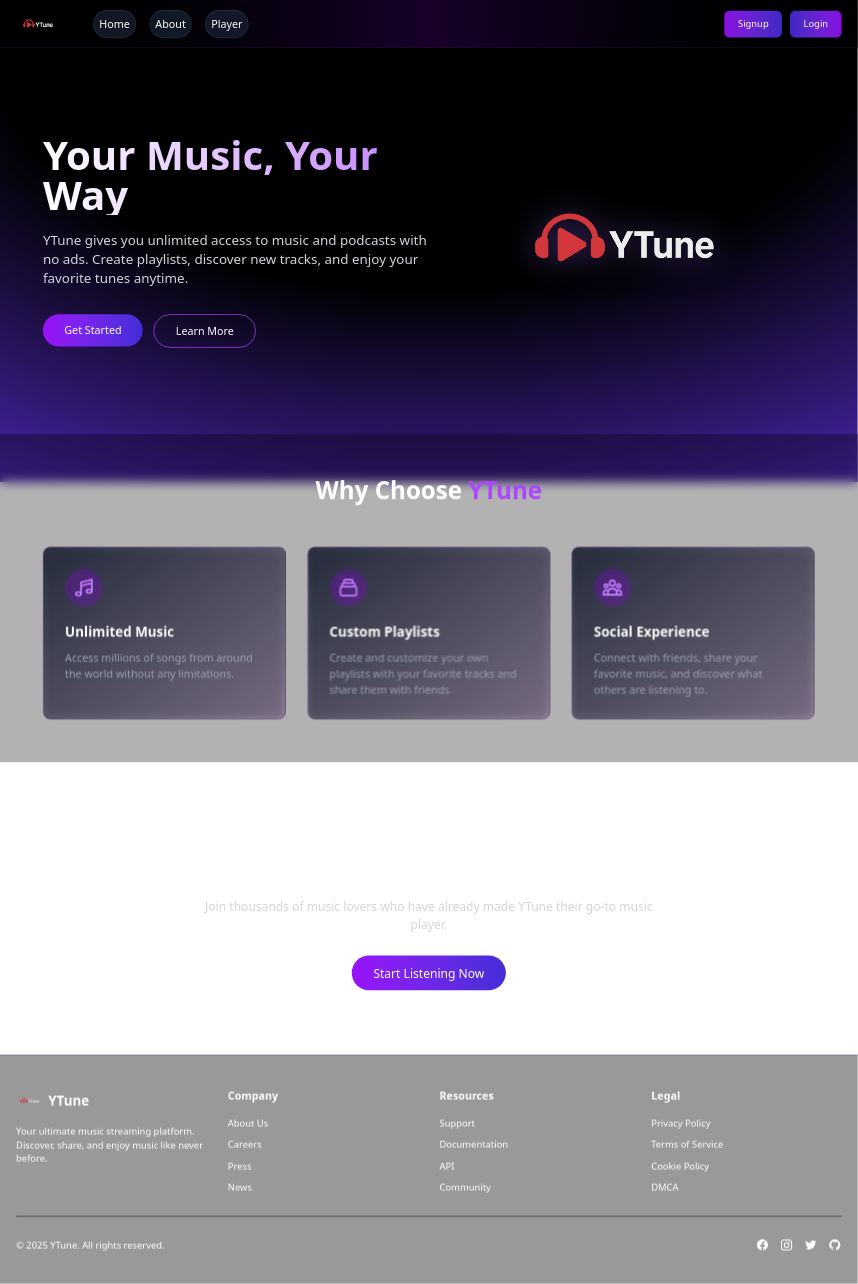
Repository: piyushsudame/y-tune-frontend
Page: /
These files come from the project's save history. The page is drawn as it stood at one moment and after the next save; the edit follows.
The browser window is 1280 px wide. The pictures show the whole page, at 67% of full size.
The page's requests for data from a server got no answer. The project was rebuilt for these pictures with package versions that can differ from the ones it lists, and the page was loaded fresh each time. The framework's server and built-in components were replaced by stand-ins that run in the browser. No one was signed in, and anything a server would have sent is missing. Also part of the build but not shown: next.config.mjs.

Above is the page before, as saved 2025-05-30 21:42:49.

### app/layout.js
import { Geist, Geist_Mono } from "next/font/google";
import "./globals.css";
import Navbar from "@/components/Navbar";
import SessionWrapper from "@/components/SessionWrapper";

const geistSans = Geist({
  variable: "--font-geist-sans",
  subsets: ["latin"],
});

const geistMono = Geist_Mono({
  variable: "--font-geist-mono",
  subsets: ["latin"],
});

export const metadata = {
  title: "YTune - Your own Music Player",
  description: "YTune is a website meant for streaming audio for free for anyone! It utilizes YT Data API and gives user features like searching songs, playing them in queue, creating playlists etc.",
};

export default function RootLayout({ children }) {
  return (
    <html lang="en">
      <body className={`${geistSans.variable} ${geistMono.variable} antialiased`}>
      <SessionWrapper>
        <div className="relative min-h-screen flex flex-col">
          <div className="fixed inset-0 -z-100 h-full w-full [background:radial-gradient(125%_125%_at_50%_10%,#000_40%,#63e_100%)]"></div>
          <div className="relative z-100">
            <Navbar />
            {children}
          </div>
        </div>
      </SessionWrapper>
      </body>
    </html>
  );
}

### app/page.js
"use client"
import Image from "next/image";
import Link from "next/link";
import Footer from "@/components/Footer";
import { useSession } from "next-auth/react"
import { useEffect, useState } from "react";
import { useRouter } from "next/navigation";

export default function Home() {
  const { data: session, status } = useSession()
  const router = useRouter();
  const [isFirstLoad, setIsFirstLoad] = useState(true);

  useEffect(() => {
    // Check if we should force stay on homepage (from navbar click)
    const urlParams = new URLSearchParams(window.location.search);
    const forceHomepage = urlParams.get('force') === 'true';

    // Only redirect if authenticated, not forcing homepage, and on first load
    if (status === "authenticated" && !forceHomepage && isFirstLoad) {
      const referrer = document.referrer;
      const currentHost = window.location.host;

      // Check if referrer is empty (direct access) or from external site
      if (!referrer || !referrer.includes(currentHost)) {
        router.push("/player");
      }

      // Mark as no longer first load
      setIsFirstLoad(false);
    }
  }, [status, router, isFirstLoad]);

  return (
      <>
            <main className="flex flex-col min-h-[calc(100vh-7rem)]">
        {/* Hero Section */}
        <section className="flex flex-col md:flex-row items-center justify-between px-6 md:px-16 py-16 md:py-24">
          <div className="md:w-1/2 space-y-6 text-center md:text-left">
            <h1 className="text-4xl md:text-6xl font-bold bg-clip-text text-transparent bg-gradient-to-r from-white to-purple-400">
              Your Music, Your Way
            </h1>
            <p className="text-lg md:text-xl text-gray-300 max-w-xl">
              YTune gives you unlimited access to music and podcasts with no ads.
              Create playlists, discover new tracks, and enjoy your favorite tunes anytime.
            </p>
            <div className="flex flex-col sm:flex-row gap-4 justify-center md:justify-start pt-4">
              <Link href={"/signup"} >
              <button className="px-8 py-3 bg-gradient-to-r from-purple-600 to-indigo-700 rounded-full font-medium text-white hover:opacity-90 transition-all">
                Get Started
              </button>
              </Link>
              <Link href={"/about"}>
              <button className="px-8 py-3 bg-transparent border border-purple-500 rounded-full font-medium text-white hover:bg-purple-900/20 transition-all">
                Learn More
              </button>
              </Link>
            </div>
          </div>
          <div className="md:w-1/2 mt-12 md:mt-0 flex justify-center">
            <div className="relative w-72 h-72 md:w-96 md:h-96 rounded-full">
              <Image
                src="/logo1.png"
                alt="YTune Music Player"
                fill
                className=" object-contain drop-shadow-[0_0_25px_rgba(139,92,246,0.5)]"
                priority
              />
            </div>
          </div>
        </section>

        {/* Features Section */}
        <section className="px-6 md:px-16 py-16 bg-black/30 backdrop-blur-sm">
          <h2 className="text-3xl md:text-4xl font-bold text-center mb-16">
            <span className="text-white">Why Choose</span> <span className="text-purple-500">YTune</span>
          </h2>
          <div className="grid grid-cols-1 md:grid-cols-3 gap-8">
            <div className="bg-gradient-to-br from-slate-900/80 to-purple-900/20 p-8 rounded-xl border border-purple-900/30 backdrop-blur-sm">
              <div className="w-14 h-14 bg-purple-700/30 rounded-full flex items-center justify-center mb-6">
                <svg xmlns="http://www.w3.org/2000/svg" className="h-8 w-8 text-purple-400" fill="none" viewBox="0 0 24 24" stroke="currentColor">
                  <path strokeLinecap="round" strokeLinejoin="round" strokeWidth={2} d="M9 19V6l12-3v13M9 19c0 1.105-1.343 2-3 2s-3-.895-3-2 1.343-2 3-2 3 .895 3 2zm12-3c0 1.105-1.343 2-3 2s-3-.895-3-2 1.343-2 3-2 3 .895 3 2zM9 10l12-3" />
                </svg>
              </div>
              <h3 className="text-xl font-semibold mb-3 text-white">Unlimited Music</h3>
              <p className="text-gray-400">Access millions of songs from around the world without any limitations.</p>
            </div>

            <div className="bg-gradient-to-br from-slate-900/80 to-purple-900/20 p-8 rounded-xl border border-purple-900/30 backdrop-blur-sm">
              <div className="w-14 h-14 bg-purple-700/30 rounded-full flex items-center justify-center mb-6">
                <svg xmlns="http://www.w3.org/2000/svg" className="h-8 w-8 text-purple-400" fill="none" viewBox="0 0 24 24" stroke="currentColor">
                  <path strokeLinecap="round" strokeLinejoin="round" strokeWidth={2} d="M19 11H5m14 0a2 2 0 012 2v6a2 2 0 01-2 2H5a2 2 0 01-2-2v-6a2 2 0 012-2m14 0V9a2 2 0 00-2-2M5 11V9a2 2 0 012-2m0 0V5a2 2 0 012-2h6a2 2 0 012 2v2M7 7h10" />
                </svg>
              </div>
              <h3 className="text-xl font-semibold mb-3 text-white">Custom Playlists</h3>
              <p className="text-gray-400">Create and customize your own playlists with your favorite tracks and share them with friends.</p>
            </div>

            <div className="bg-gradient-to-br from-slate-900/80 to-purple-900/20 p-8 rounded-xl border border-purple-900/30 backdrop-blur-sm">
              <div className="w-14 h-14 bg-purple-700/30 rounded-full flex items-center justify-center mb-6">
                <svg xmlns="http://www.w3.org/2000/svg" className="h-8 w-8 text-purple-400" fill="none" viewBox="0 0 24 24" stroke="currentColor">
                  <path strokeLinecap="round" strokeLinejoin="round" strokeWidth={2} d="M17 20h5v-2a3 3 0 00-5.356-1.857M17 20H7m10 0v-2c0-.656-.126-1.283-.356-1.857M7 20H2v-2a3 3 0 015.356-1.857M7 20v-2c0-.656.126-1.283.356-1.857m0 0a5.002 5.002 0 019.288 0M15 7a3 3 0 11-6 0 3 3 0 016 0zm6 3a2 2 0 11-4 0 2 2 0 014 0zM7 10a2 2 0 11-4 0 2 2 0 014 0z" />
                </svg>
              </div>
              <h3 className="text-xl font-semibold mb-3 text-white">Social Experience</h3>
              <p className="text-gray-400">Connect with friends, share your favorite music, and discover what others are listening to.</p>
            </div>
          </div>
        </section>

        {/* Call to Action */}
        <section className="px-6 md:px-16 py-16 md:py-24 flex flex-col items-center justify-center text-center flex-grow">
          <h2 className="text-3xl md:text-4xl font-bold mb-6 max-w-2xl text-white">
            Ready to experience the best music streaming platform?
          </h2>
          <p className="text-lg text-gray-300 mb-8 max-w-2xl">
            Join thousands of music lovers who have already made YTune their go-to music player.
          </p>
          <button className="px-8 py-3 bg-gradient-to-r from-purple-600 to-indigo-700 rounded-full font-medium text-white hover:opacity-90 transition-all text-lg">
            Start Listening Now
          </button>
        </section>
      </main>
      <Footer />
    </>
  );
}

### app/globals.css
@import "tailwindcss";

/* Custom Scrollbar Styles */
.custom-scrollbar::-webkit-scrollbar {
    width: 8px;
}

.custom-scrollbar::-webkit-scrollbar-track {
    background: rgba(0, 0, 0, 0.1);
    border-radius: 4px;
}

.custom-scrollbar::-webkit-scrollbar-thumb {
    background: rgba(255, 255, 255, 0.2);
    border-radius: 4px;
}

.custom-scrollbar::-webkit-scrollbar-thumb:hover {
    background: rgba(255, 255, 255, 0.3);
}

/* Hide scrollbar for Firefox */
.custom-scrollbar {
    scrollbar-width: thin;
    scrollbar-color: rgba(255, 255, 255, 0.2) rgba(0, 0, 0, 0.1);
}

### components/SessionWrapper.js
"use client"
import React from 'react'
import { SessionProvider } from "next-auth/react"

const SessionWrapper = ({children}) => {
  return (
    <SessionProvider
      // Adding session configuration options
      options={{
        staleTime: 0, // Time in seconds after which the session is considered stale
        refetchInterval: 5 * 60, // Refetch session every 5 minutes
        refetchOnWindowFocus: true, // Refetch when window gets focus
        clientMaxAge: 0 // Force a session refresh on client side
      }}
    >
      {children}
    </SessionProvider>
  )
}

export default SessionWrapper

### components/Sidebar.js
import React from 'react';
import Link from 'next/link';

const Sidebar = ({ isOpen, onClose }) => {
  return (
    <>
      {/* Overlay */}
      {isOpen && (
        <div
          className="fixed inset-0 bg-black/50 z-40 md:hidden"
          onClick={onClose}
        />
      )}

      {/* Sidebar */}
      <div className={`fixed top-0 left-0 h-full w-64 bg-slate-900/95 backdrop-blur-sm transform transition-transform duration-300 ease-in-out z-50 md:hidden ${
        isOpen ? 'translate-x-0' : '-translate-x-full'
      }`}>
        <div className="p-4">
          <div className="flex justify-between items-center mb-6">
            <h2 className="text-white text-xl font-bold">Menu</h2>
            <button onClick={onClose} className="text-white">
              <svg className="w-6 h-6" fill="none" stroke="currentColor" viewBox="0 0 24 24">
                <path strokeLinecap="round" strokeLinejoin="round" strokeWidth={2} d="M6 18L18 6M6 6l12 12" />
              </svg>
            </button>
          </div>

          <nav className="space-y-4">
            <Link href="/podcasts" className="block text-white hover:text-purple-400">
              <div className="flex items-center gap-3">
                <svg className="w-6 h-6" fill="none" stroke="currentColor" viewBox="0 0 24 24">
                  <path strokeLinecap="round" strokeLinejoin="round" strokeWidth={2} d="M19 11a7 7 0 01-7 7m0 0a7 7 0 01-7-7m7 7v4m0 0H8m4 0h4m-4-8a3 3 0 01-3-3V5a3 3 0 116 0v6a3 3 0 01-3 3z" />
                </svg>
                <span>Podcasts</span>
              </div>
            </Link>

            <Link href="/chat" className="block text-white hover:text-purple-400">
              <div className="flex items-center gap-3">
                <svg className="w-6 h-6" fill="none" stroke="currentColor" viewBox="0 0 24 24">
                  <path strokeLinecap="round" strokeLinejoin="round" strokeWidth={2} d="M8 12h.01M12 12h.01M16 12h.01M21 12c0 4.418-4.03 8-9 8a9.863 9.863 0 01-4.255-.949L3 20l1.395-3.72C3.512 15.042 3 13.574 3 12c0-4.418 4.03-8 9-8s9 3.582 9 8z" />
                </svg>
                <span>Chat</span>
              </div>
            </Link>

            <Link href="/social" className="block text-white hover:text-purple-400">
              <div className="flex items-center gap-3">
                <svg className="w-6 h-6" fill="none" stroke="currentColor" viewBox="0 0 24 24">
                  <path strokeLinecap="round" strokeLinejoin="round" strokeWidth={2} d="M17 20h5v-2a3 3 0 00-5.356-1.857M17 20H7m10 0v-2c0-.656-.126-1.283-.356-1.857M7 20H2v-2a3 3 0 015.356-1.857M7 20v-2c0-.656.126-1.283.356-1.857m0 0a5.002 5.002 0 019.288 0M15 7a3 3 0 11-6 0 3 3 0 016 0zm6 3a2 2 0 11-4 0 2 2 0 014 0zM7 10a2 2 0 11-4 0 2 2 0 014 0z" />
                </svg>
                <span>Social Activity</span>
              </div>
            </Link>
          </nav>
        </div>
      </div>
    </>
  );
};

export default Sidebar;

### components/MobilePlayer.js
import React from 'react';
import Image from 'next/image';

const MobilePlayer = () => {
  return (
    <div className="fixed bottom-16 left-0 right-0 bg-slate-900/95 backdrop-blur-sm border-t border-purple-900/30 p-4 md:hidden">
      <div className="flex items-center justify-between">
        <div className="flex items-center gap-3">
          <div className="relative h-12 w-12">
            <Image src="/default-album.png" alt="Album cover" fill className="object-cover rounded-md"/>
          </div>
          <div className="text-white">
            <h3 className="text-sm font-medium">Song Title</h3>
            <p className="text-xs text-gray-400">Artist Name</p>
          </div>
        </div>
        <div className="flex items-center gap-4">
          <button className="text-white">
            <svg className="w-6 h-6" fill="none" stroke="currentColor" viewBox="0 0 24 24">
              <path strokeLinecap="round" strokeLinejoin="round" strokeWidth={2} d="M15.536 8.464a5 5 0 010 7.072m2.828-9.9a9 9 0 010 12.728M5.586 15.536a5 5 0 001.414 1.414m2.828-9.9a9 9 0 012.728-2.728" />
            </svg>
          </button>
          <button className="text-white">
            <svg className="w-8 h-8" fill="currentColor" viewBox="0 0 24 24">
              <path d="M8 5v14l11-7z" />
            </svg>
          </button>
          <button className="text-white">
            <svg className="w-6 h-6" fill="none" stroke="currentColor" viewBox="0 0 24 24">
              <path strokeLinecap="round" strokeLinejoin="round" strokeWidth={2} d="M4 6h16M4 12h16M4 18h16" />
            </svg>
          </button>
        </div>
      </div>
    </div>
  );
};

export default MobilePlayer;

### components/BottomNav.js
import React from 'react';
import Link from 'next/link';

const BottomNav = () => {
  return (
    <div className="fixed bottom-0 left-0 right-0 bg-slate-900/95 backdrop-blur-sm border-t border-purple-900/30 md:hidden">
      <div className="flex justify-around items-center h-16">
        <Link href="/" className="flex flex-col items-center text-white">
          <svg className="w-6 h-6" fill="none" stroke="currentColor" viewBox="0 0 24 24">
            <path strokeLinecap="round" strokeLinejoin="round" strokeWidth={2} d="M3 12l2-2m0 0l7-7 7 7M5 10v10a1 1 0 001 1h3m10-11l2 2m-2-2v10a1 1 0 01-1 1h-3m-6 0a1 1 0 001-1v-4a1 1 0 011-1h2a1 1 0 011 1v4a1 1 0 001 1m-6 0h6" />
          </svg>
          <span className="text-xs mt-1">Home</span>
        </Link>
        <Link href="/explore" className="flex flex-col items-center text-white">
          <svg className="w-6 h-6" fill="none" stroke="currentColor" viewBox="0 0 24 24">
            <path strokeLinecap="round" strokeLinejoin="round" strokeWidth={2} d="M21 21l-6-6m2-5a7 7 0 11-14 0 7 7 0 0114 0z" />
          </svg>
          <span className="text-xs mt-1">Explore</span>
        </Link>
        <Link href="/library" className="flex flex-col items-center text-white">
          <svg className="w-6 h-6" fill="none" stroke="currentColor" viewBox="0 0 24 24">
            <path strokeLinecap="round" strokeLinejoin="round" strokeWidth={2} d="M19 11H5m14 0a2 2 0 012 2v6a2 2 0 01-2 2H5a2 2 0 01-2-2v-6a2 2 0 012-2m14 0V9a2 2 0 00-2-2M5 11V9a2 2 0 012-2m0 0V5a2 2 0 012-2h6a2 2 0 012 2v2M7 7h10" />
          </svg>
          <span className="text-xs mt-1">Library</span>
        </Link>
        <Link href="/account" className="flex flex-col items-center text-white">
          <svg className="w-6 h-6" fill="none" stroke="currentColor" viewBox="0 0 24 24">
            <path strokeLinecap="round" strokeLinejoin="round" strokeWidth={2} d="M16 7a4 4 0 11-8 0 4 4 0 018 0zM12 14a7 7 0 00-7 7h14a7 7 0 00-7-7z" />
          </svg>
          <span className="text-xs mt-1">Account</span>
        </Link>
      </div>
    </div>
  );
};

export default BottomNav;

Loaded but not shown: components/Navbar.js (163 lines, source omitted); components/Footer.js (84 lines, source omitted)

After the next save:
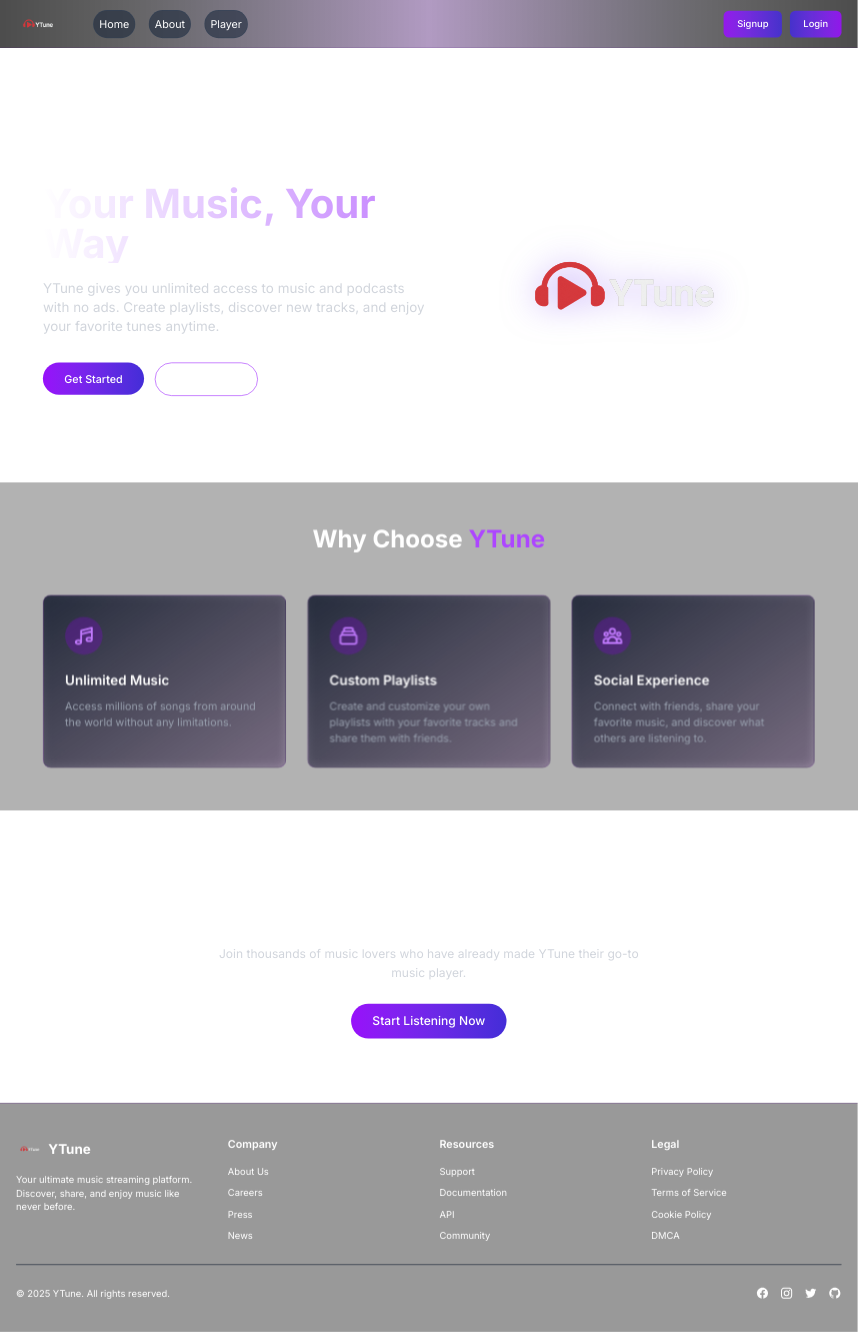
Saved 6 s later.
--- a/app/layout.js
+++ b/app/layout.js
@@ -1,37 +1,27 @@
-import { Geist, Geist_Mono } from "next/font/google";
-import "./globals.css";
-import Navbar from "@/components/Navbar";
-import SessionWrapper from "@/components/SessionWrapper";
+import './globals.css'
+import { Inter } from 'next/font/google'
+import Navbar from '@/components/Navbar'
+import MobilePlayer from '@/components/MobilePlayer'
+import BottomNav from '@/components/BottomNav'
 
-const geistSans = Geist({
-  variable: "--font-geist-sans",
-  subsets: ["latin"],
-});
-
-const geistMono = Geist_Mono({
-  variable: "--font-geist-mono",
-  subsets: ["latin"],
-});
+const inter = Inter({ subsets: ['latin'] })
 
 export const metadata = {
-  title: "YTune - Your own Music Player",
-  description: "YTune is a website meant for streaming audio for free for anyone! It utilizes YT Data API and gives user features like searching songs, playing them in queue, creating playlists etc.",
-};
+  title: 'YTune - Your Music Companion',
+  description: 'A modern music streaming platform',
+}
 
 export default function RootLayout({ children }) {
   return (
     <html lang="en">
-      <body className={`${geistSans.variable} ${geistMono.variable} antialiased`}>
-      <SessionWrapper>
-        <div className="relative min-h-screen flex flex-col">
-          <div className="fixed inset-0 -z-100 h-full w-full [background:radial-gradient(125%_125%_at_50%_10%,#000_40%,#63e_100%)]"></div>
-          <div className="relative z-100">
-            <Navbar />
-            {children}
-          </div>
-        </div>
-      </SessionWrapper>
+      <body className={inter.className}>
+        <Navbar />
+        <main className="min-h-screen pt-[10vh] pb-32 md:pb-0">
+          {children}
+        </main>
+        <MobilePlayer />
+        <BottomNav />
       </body>
     </html>
-  );
+  )
 }

After the save that followed:
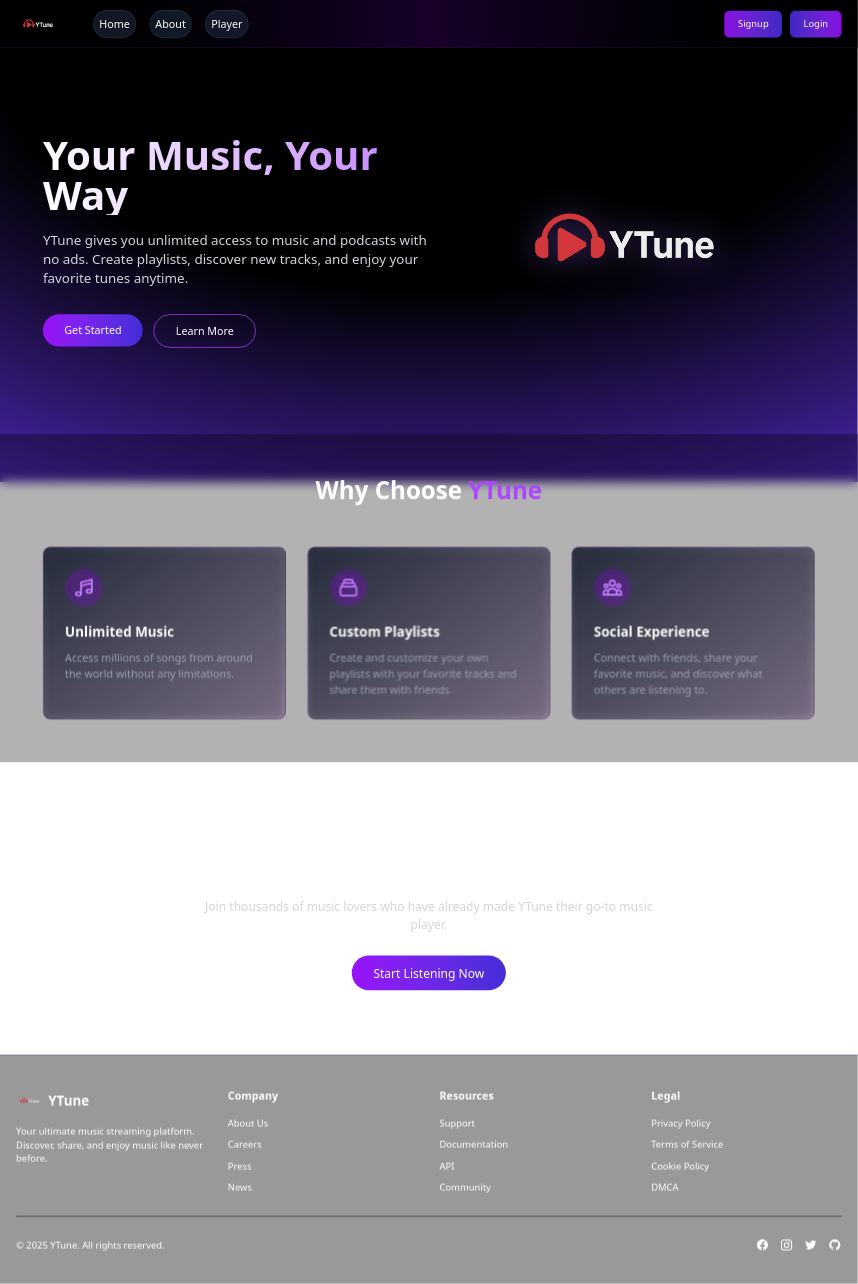
Saved 32 s later.
--- a/app/layout.js
+++ b/app/layout.js
@@ -1,27 +1,37 @@
-import './globals.css'
-import { Inter } from 'next/font/google'
-import Navbar from '@/components/Navbar'
-import MobilePlayer from '@/components/MobilePlayer'
-import BottomNav from '@/components/BottomNav'
+import { Geist, Geist_Mono } from "next/font/google";
+import "./globals.css";
+import Navbar from "@/components/Navbar";
+import SessionWrapper from "@/components/SessionWrapper";
 
-const inter = Inter({ subsets: ['latin'] })
+const geistSans = Geist({
+  variable: "--font-geist-sans",
+  subsets: ["latin"],
+});
+
+const geistMono = Geist_Mono({
+  variable: "--font-geist-mono",
+  subsets: ["latin"],
+});
 
 export const metadata = {
-  title: 'YTune - Your Music Companion',
-  description: 'A modern music streaming platform',
-}
+  title: "YTune - Your own Music Player",
+  description: "YTune is a website meant for streaming audio for free for anyone! It utilizes YT Data API and gives user features like searching songs, playing them in queue, creating playlists etc.",
+};
 
 export default function RootLayout({ children }) {
   return (
     <html lang="en">
-      <body className={inter.className}>
-        <Navbar />
-        <main className="min-h-screen pt-[10vh] pb-32 md:pb-0">
-          {children}
-        </main>
-        <MobilePlayer />
-        <BottomNav />
+      <body className={`${geistSans.variable} ${geistMono.variable} antialiased`}>
+      <SessionWrapper>
+        <div className="relative min-h-screen flex flex-col">
+          <div className="fixed inset-0 -z-100 h-full w-full [background:radial-gradient(125%_125%_at_50%_10%,#000_40%,#63e_100%)]"></div>
+          <div className="relative z-100">
+            <Navbar />
+            {children}
+          </div>
+        </div>
+      </SessionWrapper>
       </body>
     </html>
-  )
+  );
 }
